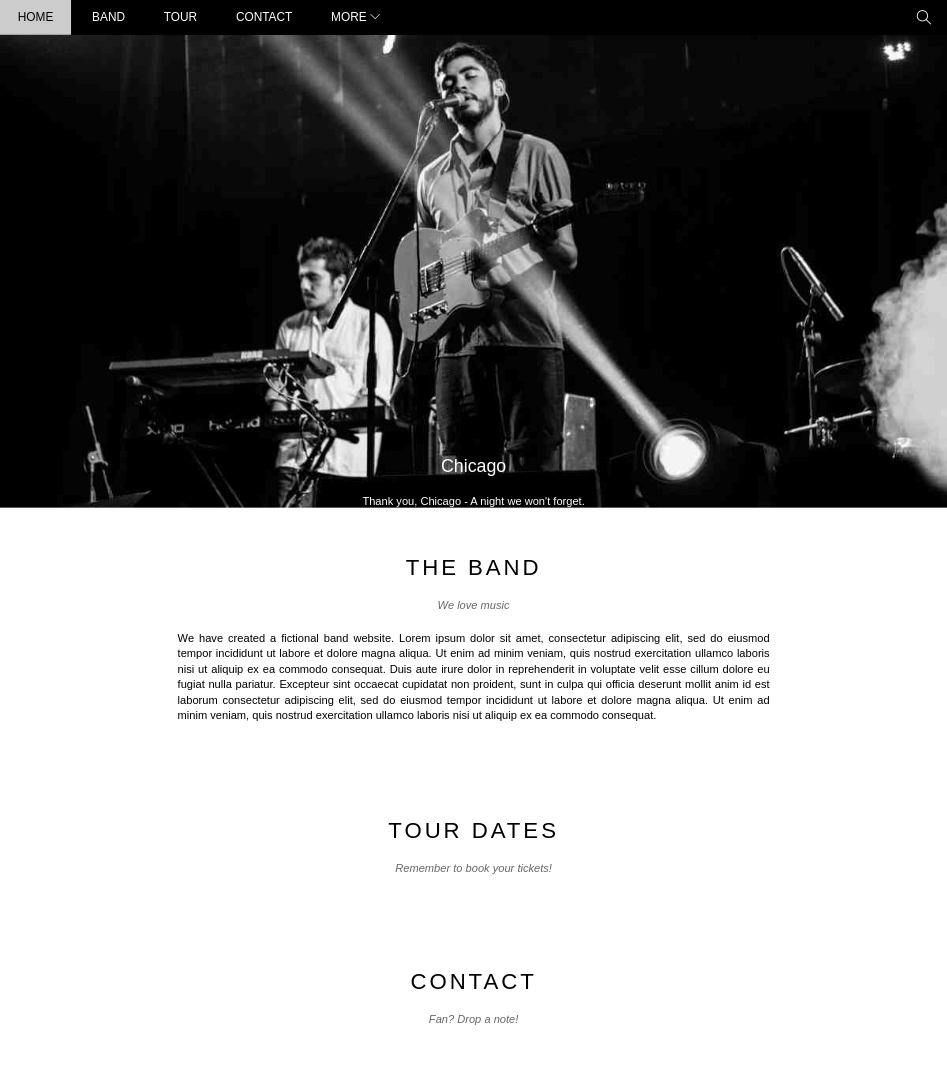
Repository: Thanhtrunghoang123/the-band
Page: index.html
The author's editor kept a copy of each file at every save. The page is drawn from the files as they stood at one save, then again after the next save.
The browser window is 1280 px wide. The pictures show the whole page, at 74% of full size.

Above is the page before, as saved 2022-07-21 06:21:29.

After the next save:
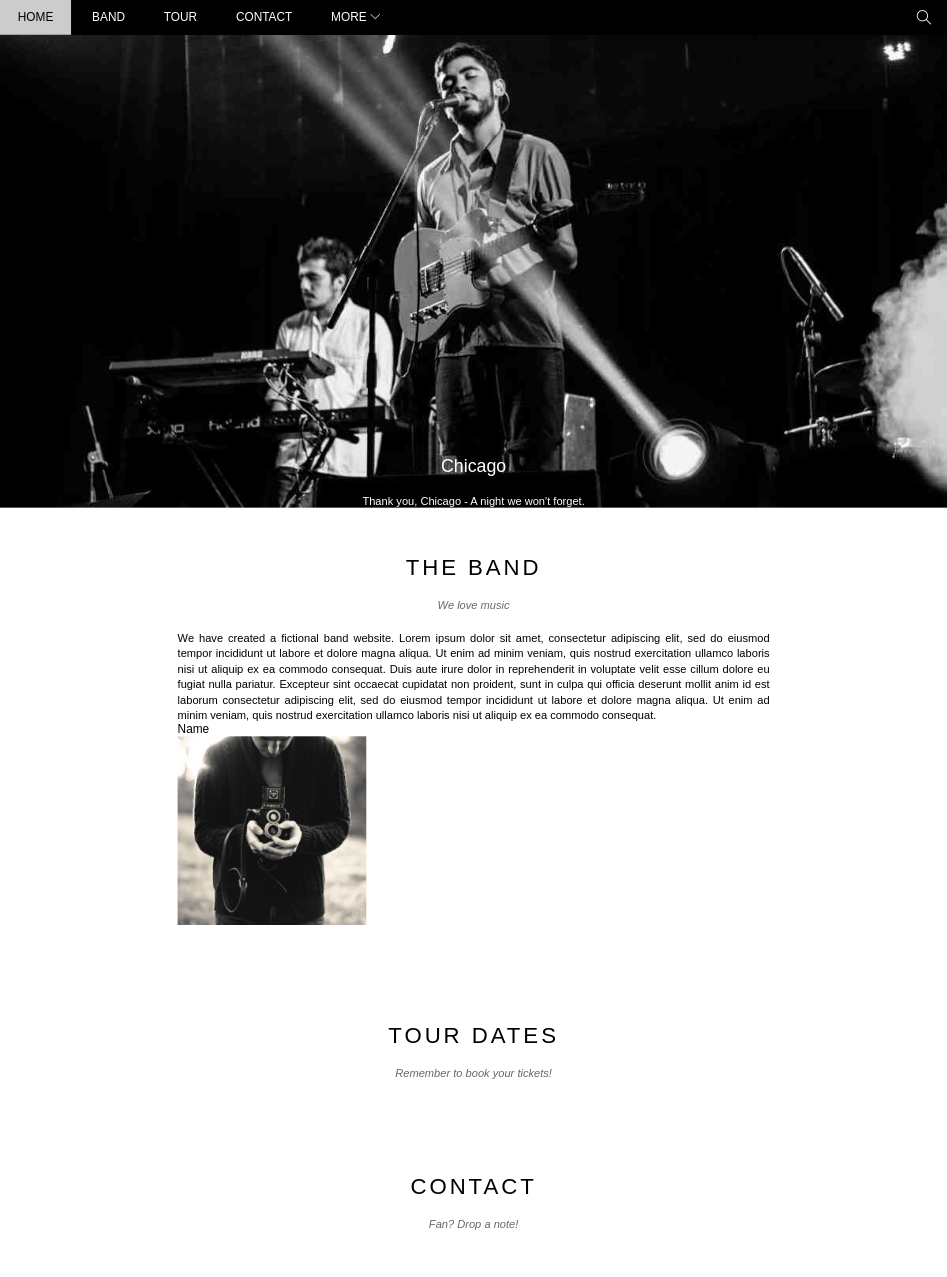
Saved 8 min 9 s later.
--- a/index.html
+++ b/index.html
@@ -59,6 +59,12 @@
                 <h2 class="section-heading">THE BAND</h2>
                 <p class="section-sub-heading">We love music</p>
                 <p class="about-text">We have created a fictional band website. Lorem ipsum dolor sit amet, consectetur adipiscing elit, sed do eiusmod tempor incididunt ut labore et dolore magna aliqua. Ut enim ad minim veniam, quis nostrud exercitation ullamco laboris nisi ut aliquip ex ea commodo consequat. Duis aute irure dolor in reprehenderit in voluptate velit esse cillum dolore eu fugiat nulla pariatur. Excepteur sint occaecat cupidatat non proident, sunt in culpa qui officia deserunt mollit anim id est laborum consectetur adipiscing elit, sed do eiusmod tempor incididunt ut labore et dolore magna aliqua. Ut enim ad minim veniam, quis nostrud exercitation ullamco laboris nisi ut aliquip ex ea commodo consequat.</p>
+                <div class="members-list">
+                    <div class="member-item">
+                        <p class="member-name">Name</p>
+                        <img src="./assest/img/band/member1.jpg" alt="" class="member-img">
+                    </div>
+                </div>
             </div>
             <!-- Tour section -->
             <div class="content-section">
